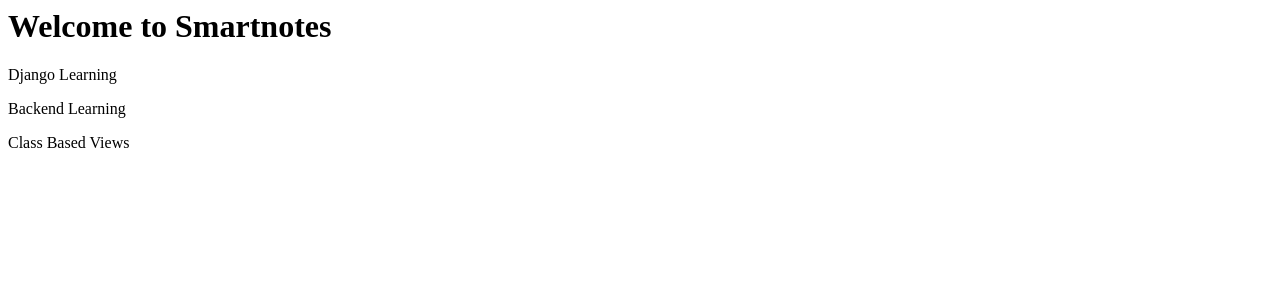
Repository: Mbote-Joseph/Django-Recap
Page: http://localhost/notes
An editor plug-in stored every save of this project. The page is shown before and after the next save, followed by the edit.
The browser window is 1280 px wide. The pictures show the whole page.
The page is served by the project's application, run on Django 5.2 (manage.py). The page reads the database file committed with the project.

Above is the page before, as saved 2025-12-12 23:54:08.

After the next save:
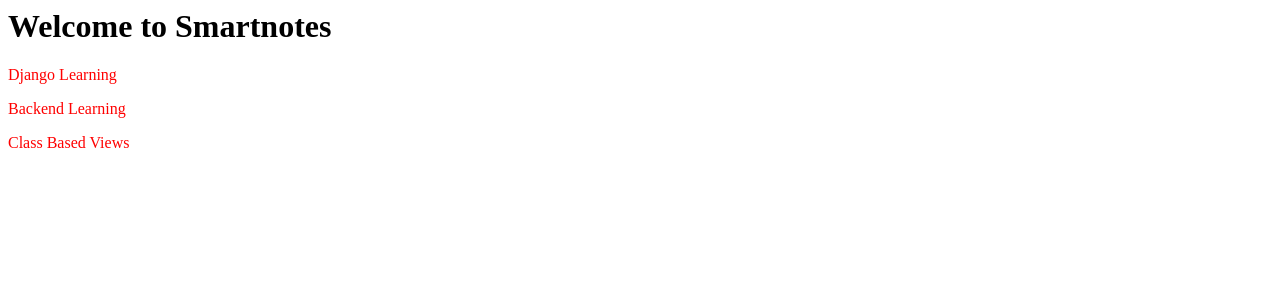
Saved 23 s later.
--- a/smartnotes/notes/templates/notes/notes_list.html
+++ b/smartnotes/notes/templates/notes/notes_list.html
@@ -2,13 +2,13 @@
 <html>
     <head>
         <title> Django Home </title>
-        <link rel="stylesheet" type="text/css" href="{% static 'css/styles.css' %}"
+        <link rel="stylesheet" type="text/css" href="{% static 'css/styles.css' %}" />
     </head>
 
     <body>
         <h1>Welcome to Smartnotes</h1>
         {% for note in notes %}
-         <p> {{note.title}} </p>
+         <p class="note-list"> {{note.title}} </p>
 
         {% endfor %}
     </body>
